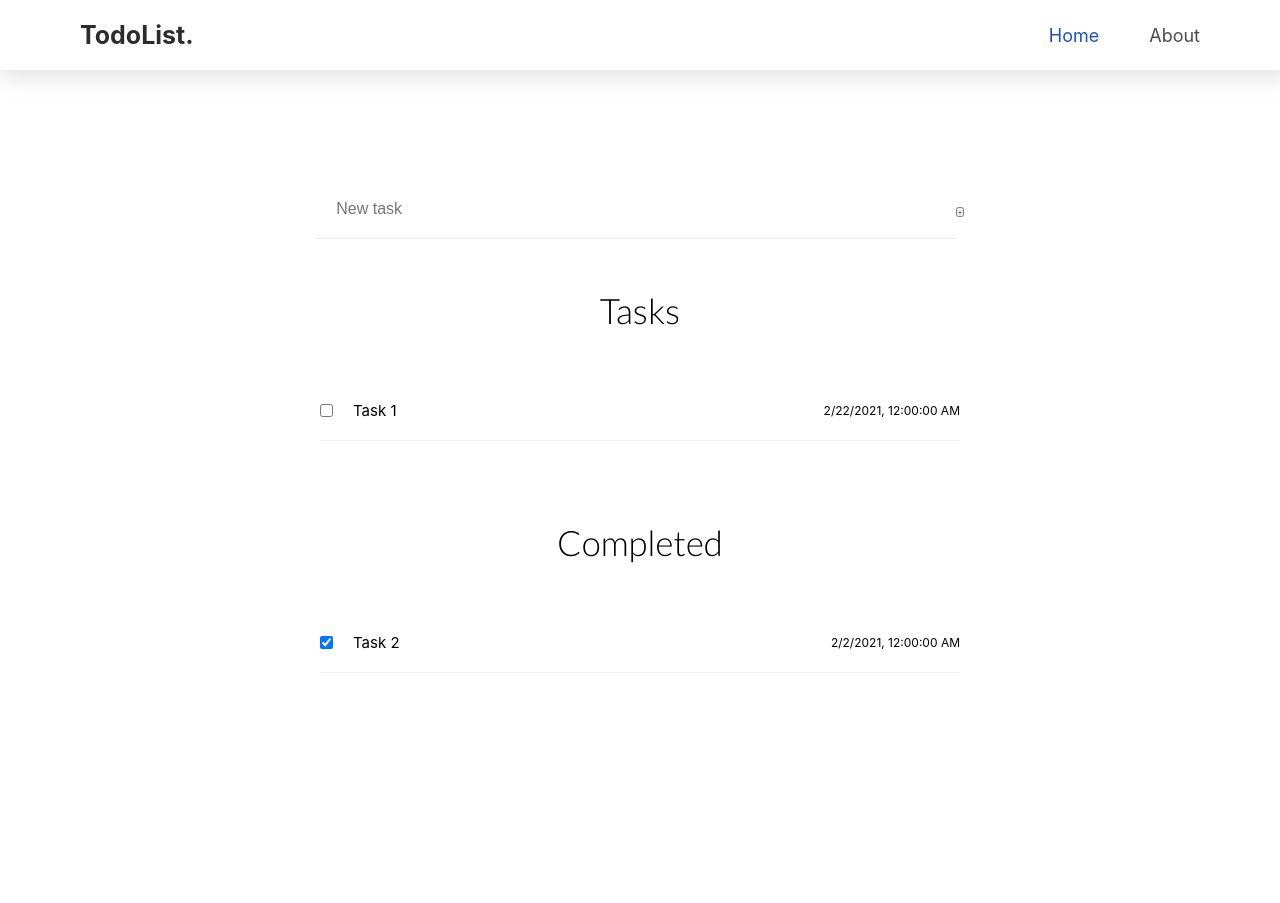
Repository: dqhuy153/react-todoList
Page: /
These files come from the project's save history. The page is drawn as it stood at one moment and after a run of saves; the edit follows.
The browser window is 1280 px wide. The pictures show the whole page.
The project was rebuilt for these pictures with package versions that can differ from the ones it lists, and the page was loaded fresh each time. Also part of the build but not shown: src/components/UI/LoadingSpinner.module.scss.

Above is the page before, as saved 2021-09-16 22:00:10.

### src/App.js
import React, { Suspense } from 'react';
import { Switch, Route } from 'react-router-dom';

import './App.css';
import Layout from './components/layout/Layout';
import LoadingSpinner from './components/UI/LoadingSpinner';

const Home = React.lazy(() => import('./components/pages/Home'));
const About = React.lazy(() => import('./components/pages/About'));

function App() {
  return (
    <Layout>
      <Suspense
        fallback={
          <div className="centered">
            <LoadingSpinner />
          </div>
        }
      >
        <Switch>
          <Route path="/" exact>
            <Home />
          </Route>
          <Route path="/about">
            <About />
          </Route>
          {/* <Route path="/products" exact>
          <Products />
        </Route>
        <Route path="/products/:productId">
          <ProductDetail />
        </Route> */}
        </Switch>
      </Suspense>
    </Layout>
  );
}

export default App;

### src/App.css
@import url('https://fonts.googleapis.com/css2?family=Lato:ital,wght@0,100;0,300;0,400;0,700;0,900;1,100;1,300;1,400;1,700;1,900&display=swap');

* {
  box-sizing: border-box;
  font-size: 62.5%;
  padding: 0;
  margin: 0;
}

.centered {
  margin: 3rem auto;
  text-align: center;
  display: flex;
  justify-content: center;
  align-items: center;
}

### src/components/layout/Layout.js
import React, { Fragment } from 'react';
import AppNavigation from './AppNavigation';

import styles from './Layout.module.scss';

export default function Layout(props) {
  return (
    <Fragment>
      <AppNavigation logoTitle="TodoList." />
      <main className={styles.main}>{props.children}</main>
    </Fragment>
  );
}

### src/components/UI/LoadingSpinner.js
import styles from './LoadingSpinner.module.scss';

const LoadingSpinner = () => {
  return <div className={styles.spinner}></div>;
};

export default LoadingSpinner;

### src/components/pages/Home.js
import { useState } from 'react';
import TodoList from '../todos/TodoList';

import styles from './Home.module.scss';

const initTodoList = [
  {
    id: 1,
    title: 'Task 1',
    date: new Date('2/22/2021'),
    completed: false,
  },
  {
    id: 2,
    title: 'Task 2',
    date: new Date('2/2/2021'),
    completed: true,
  },
];

export default function Home(props) {
  const [todoList, setTodoList] = useState(initTodoList);

  const handleStatusChange = (id) => {
    let updatedTodoList = todoList.map((todo) => {
      if (todo.id === id) {
        todo.completed = !todo.completed;
      }
      return todo;
    });

    setTodoList(updatedTodoList);
  };

  return (
    <div className={styles.container}>
      <div className={styles.add}>
        <input placeholder="New task" />
        <button>+</button>
      </div>
      <h1>Tasks</h1>
      <TodoList
        items={todoList.filter((i) => i.completed === false)}
        onStatusChange={handleStatusChange}
      />
      <h1 className={styles['completed-title']}>Completed</h1>
      <TodoList
        items={todoList.filter((i) => i.completed === true)}
        onStatusChange={handleStatusChange}
      />
    </div>
  );
}

### src/components/layout/AppNavigation.js
import React from 'react';
import { NavLink } from 'react-router-dom';

import styles from './AppNavigation.module.scss';

export default function AppNavigation({ logoTitle = 'Demo.', ...props }) {
  return (
    <header className={styles.header}>
      <div className={styles.logo}>{logoTitle}</div>
      <nav>
        <ul>
          <li>
            <NavLink to="/" exact activeClassName={styles.active}>
              Home
            </NavLink>
          </li>
          <li>
            <NavLink to="/about" activeClassName={styles.active}>
              About
            </NavLink>
          </li>
        </ul>
      </nav>
    </header>
  );
}

### src/components/todos/TodoList.js
import React from 'react';
import TodoItem from './TodoItem';

import styles from './TodoList.module.scss';

export default function TodoList({ items, onStatusChange, ...props }) {
  return (
    <ul className={styles.container}>
      {items.map((item) => (
        <li key={item.id}>
          <TodoItem
            id={item.id}
            title={item.title}
            date={item.date}
            completed={item.completed}
            onStatusChange={onStatusChange}
          />
        </li>
      ))}
    </ul>
  );
}

### src/components/pages/Home.module.scss
.container {
  padding: 18rem 0;

  h1 {
    text-align: center;
    font-family: 'Lato', sans-serif;
    font-weight: 300;
    font-size: 3.5rem;
  }

  .completed-title {
    margin-top: 8rem;
  }

  .add {
    text-align: center;
    margin-bottom: 5rem;

    input {
      border: none;
      border-bottom: 1px solid #eee;
      font-size: 1.6rem;
      width: 50%;
      padding: 2rem;
    }
  }
}

### src/components/layout/AppNavigation.module.scss
.header {
  width: 100%;
  height: 7rem;
  display: flex;
  align-items: center;
  justify-content: space-between;
  background-color: #ffffff;
  padding: 0 8rem;
  box-shadow: 5px 5px 20px 5px rgba(0, 0, 0, 0.1);
  position: fixed;
}

.logo {
  font-size: 2.5rem;
  color: rgb(44, 44, 44);
  font-weight: bold;
}

.header ul {
  list-style: none;
  margin: 0;
  padding: 0;
  display: flex;
  align-items: baseline;
}

.header li {
  margin-left: 5rem;
}

.header a {
  text-decoration: none;
  font-size: 1.8rem;
  color: #4b4b4b;
}

.header a:hover,
.header a:active,
.header a.active {
  color: rgb(28, 83, 184);
}

### src/components/todos/TodoItem.js
import styles from './TodoItem.module.scss';

export default function TodoItem({
  id,
  title,
  date,
  completed,
  onStatusChange,
  ...props
}) {
  return (
    <div className={styles.container}>
      <div className={styles.task}>
        <input
          type="checkbox"
          checked={completed}
          onChange={() => onStatusChange(id)}
        />
        <p>{title}</p>
      </div>
      <p className={styles.date}>{date.toLocaleString()}</p>
    </div>
  );
}

### src/components/todos/TodoList.module.scss
.container {
  text-align: center;
  width: 50%;
  margin: 5rem auto;
  list-style: none;
}

### src/components/todos/TodoItem.module.scss
.container {
  display: flex;
  align-items: center;
  justify-content: space-between;
  padding: 2rem 0;
  border-bottom: 1px solid #eee;
}

.task {
  display: flex;
  align-items: center;

  p {
    padding-left: 2rem;
    font-size: 1.5rem;
  }
}

.date {
  font-size: 1.2rem;
}

Loaded but not shown: public/index.html (common file); src/index.js (common file); src/index.css (common file); src/reportWebVitals.js (common file); src/components/layout/Layout.module.scss (no stored copy; drawn as an empty file)

After the next 2 saves:
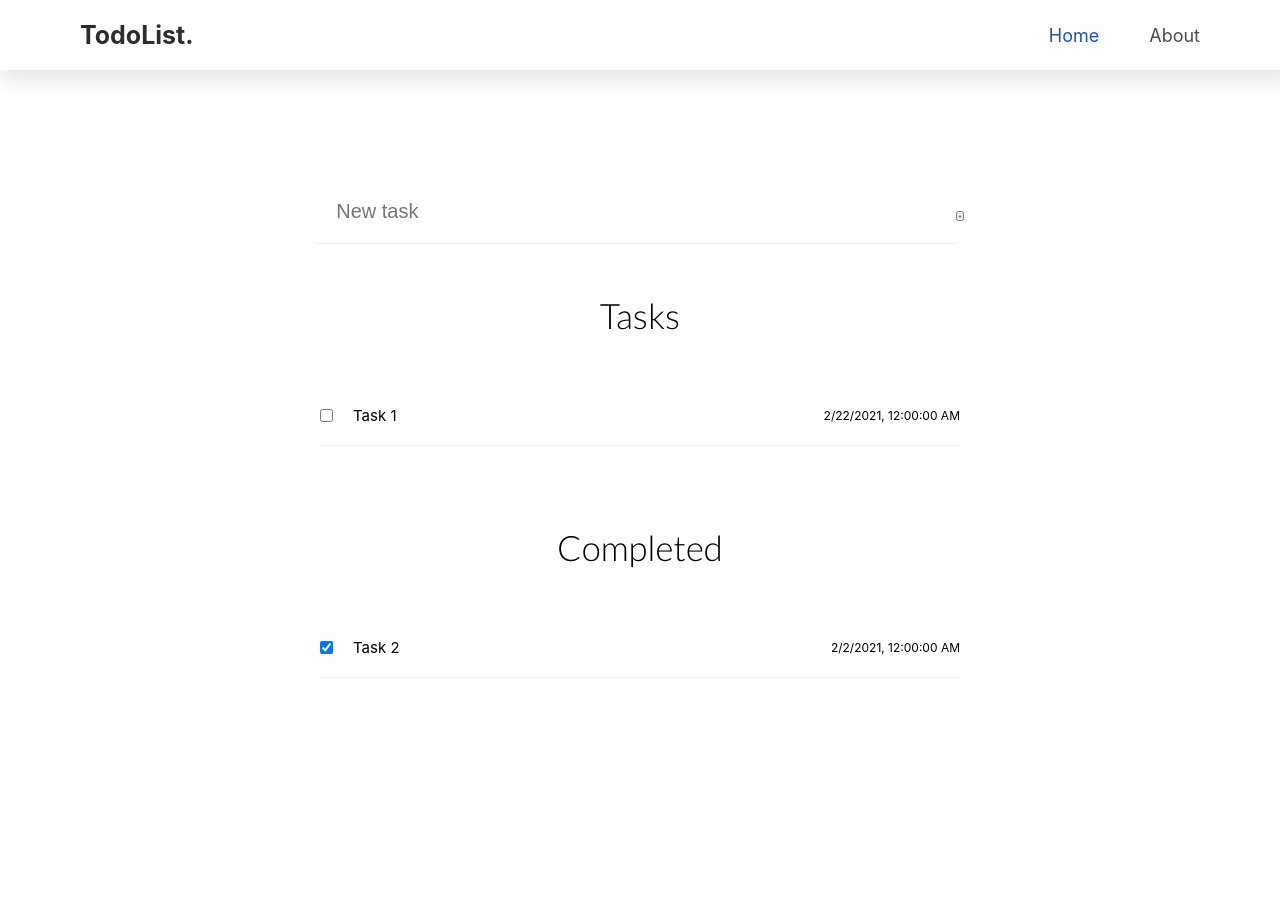
The 2 saves are shown as one change because they came seconds apart.
The last was saved 8 s later.
--- a/src/components/pages/Home.module.scss
+++ b/src/components/pages/Home.module.scss
@@ -19,7 +19,7 @@
     input {
       border: none;
       border-bottom: 1px solid #eee;
-      font-size: 1.6rem;
+      font-size: 2rem;
       width: 50%;
       padding: 2rem;
     }
